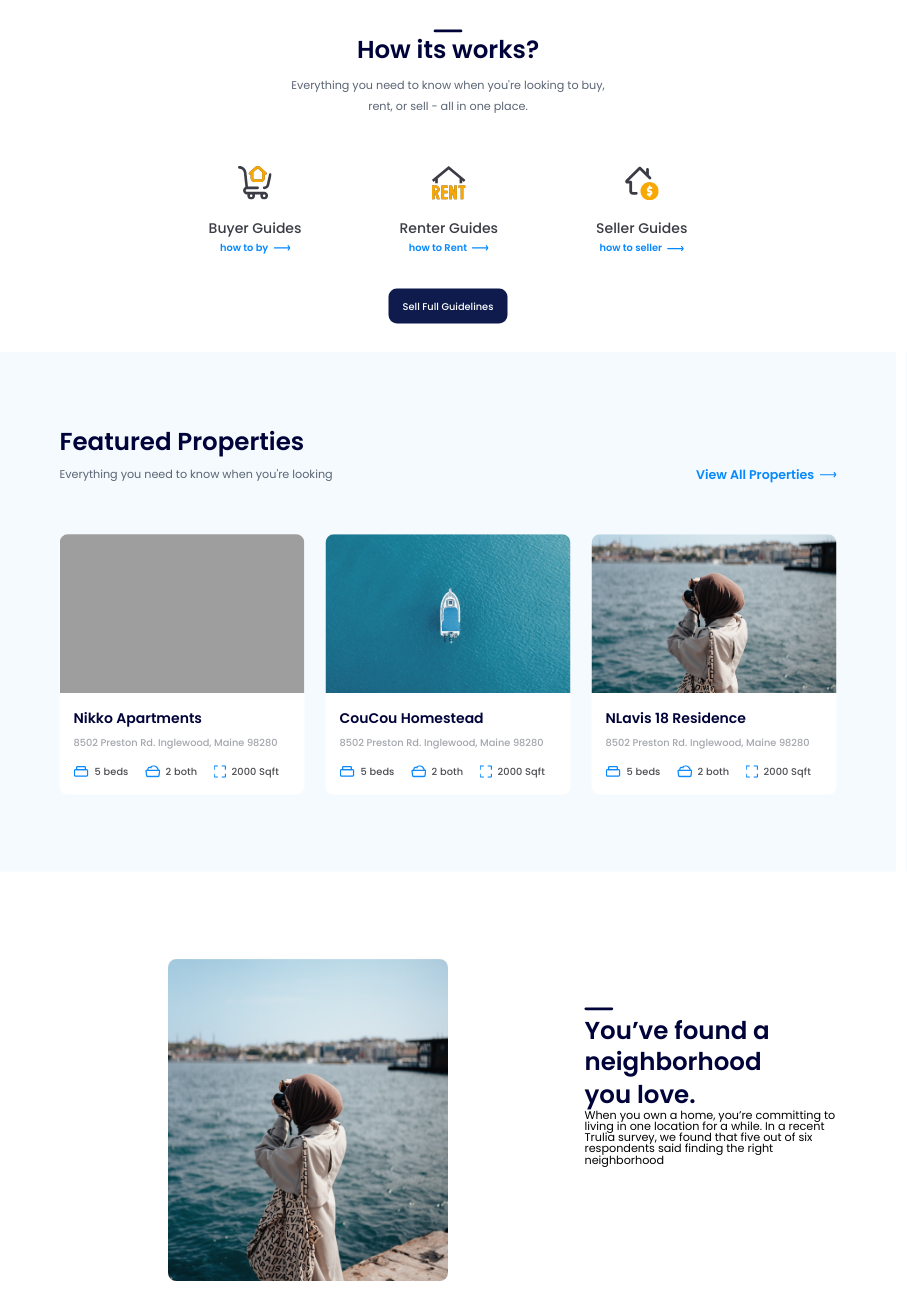
Repository: Kazuto-2004/f8-htmlcss-01
Page: index.html
The author's editor kept a copy of each file at every save. The page is drawn from the files as they stood at one save, then again after the next save.
The browser window is 1280 px wide. The page is 1295 px wide, so the pictures cover 1295 px, including what lies to the right of the window. The pictures show the part of the page from y = 1193 to 3073 px (the page is 3073 px tall), at 70% of full size.
Pictures or frames that could not be fetched are drawn as grey boxes.

Above is the page before, as saved 2023-07-15 09:26:18.

After the next save:
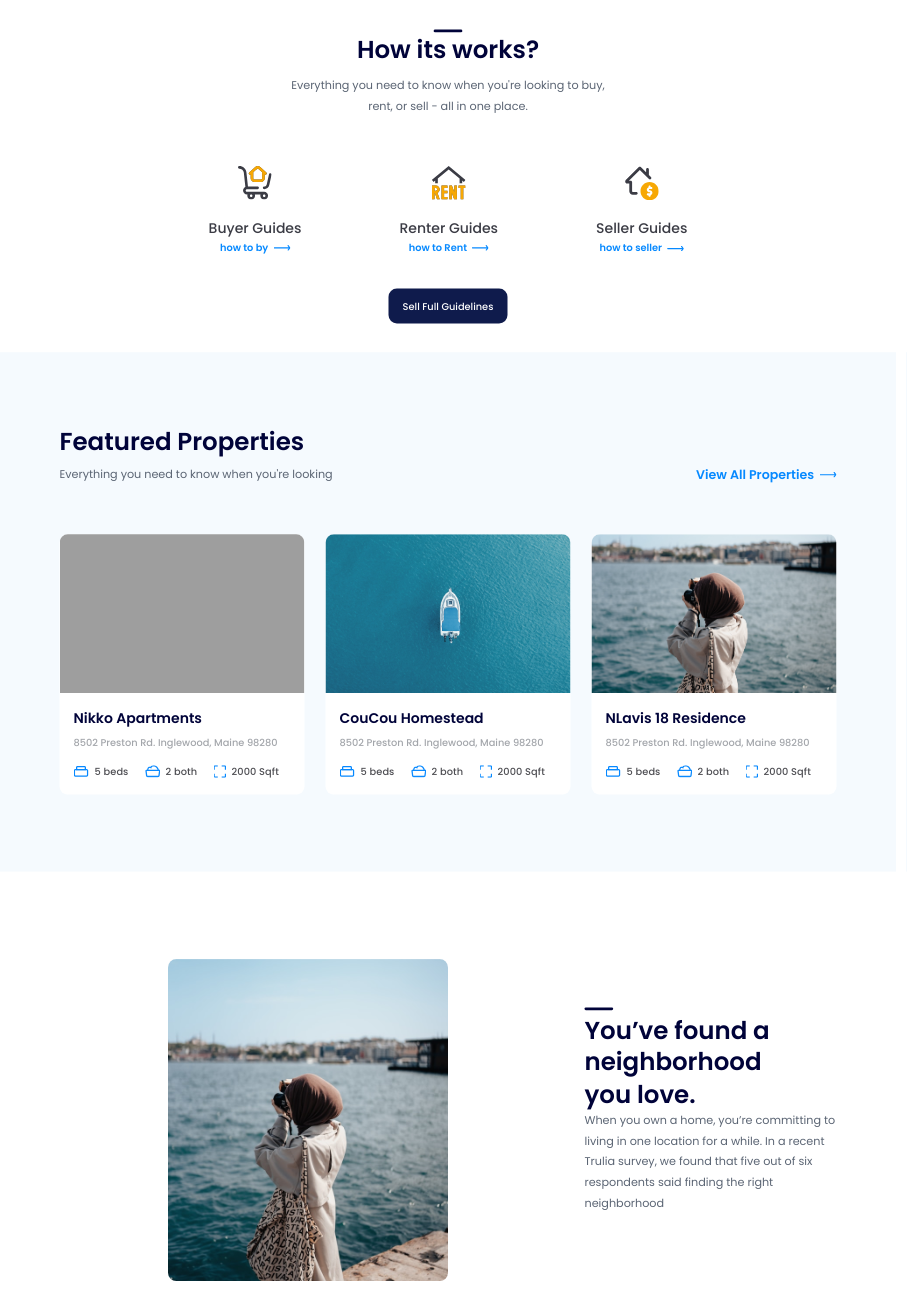
Saved 21 s later.
--- a/assets/css/styles.css
+++ b/assets/css/styles.css
@@ -391,5 +391,10 @@
 }
 
 .stats .desc {
-
-}
+    color: #5A6473;
+
+font-size: 1.6rem;
+
+font-weight: 400;
+line-height: 1.87; /* 187.5% */
+}
